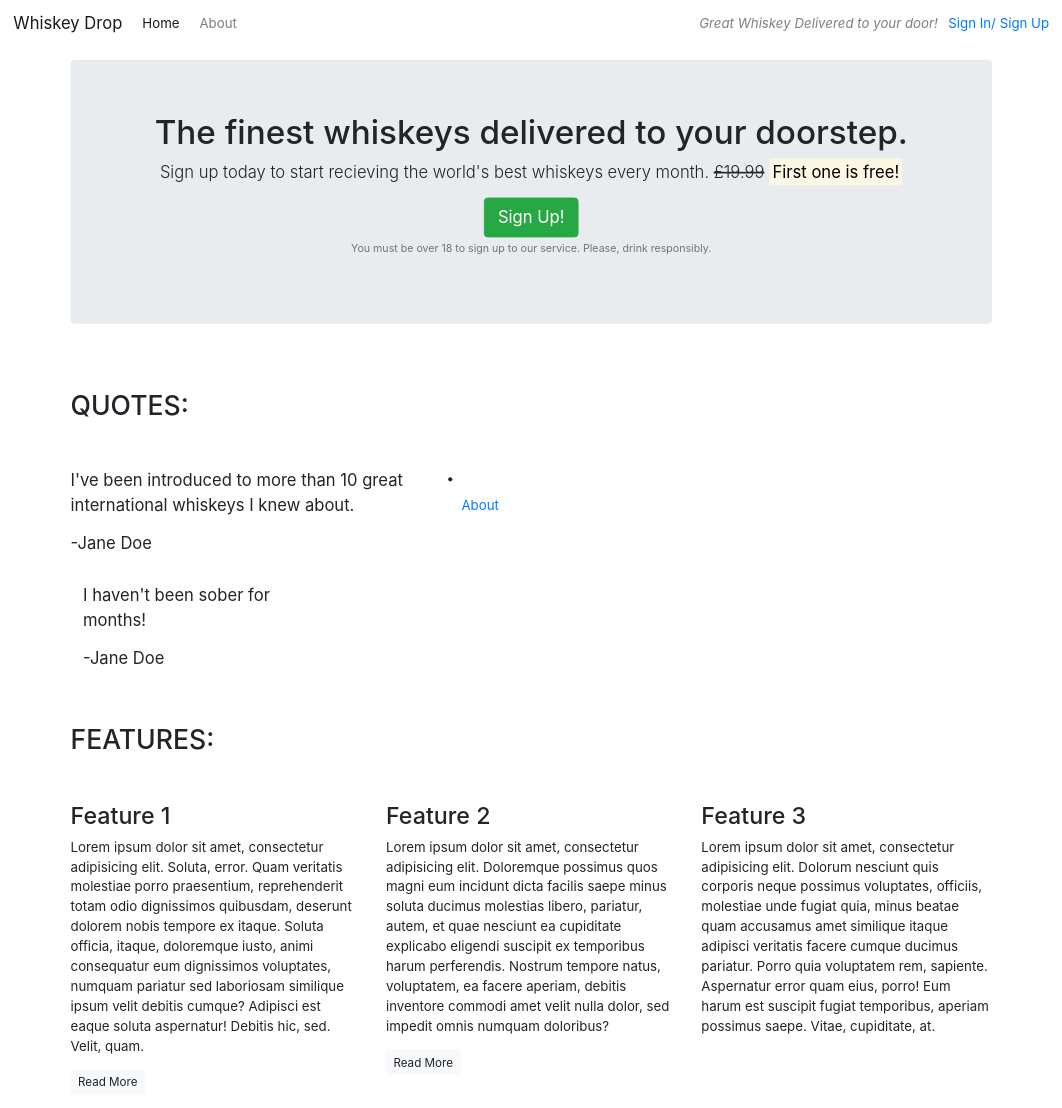
Repository: Leannald13/whiskey-project
Page: index.html
The author's editor kept a record of every edit. The page is drawn from the files as they stood at one moment, then again after the next edit.
The browser window is 1280 px wide. The pictures show the whole page, at 83% of full size.

Above is the page before.
Console error: TypeError: Cannot read properties of undefined (reading 'fn')

After the next edit:
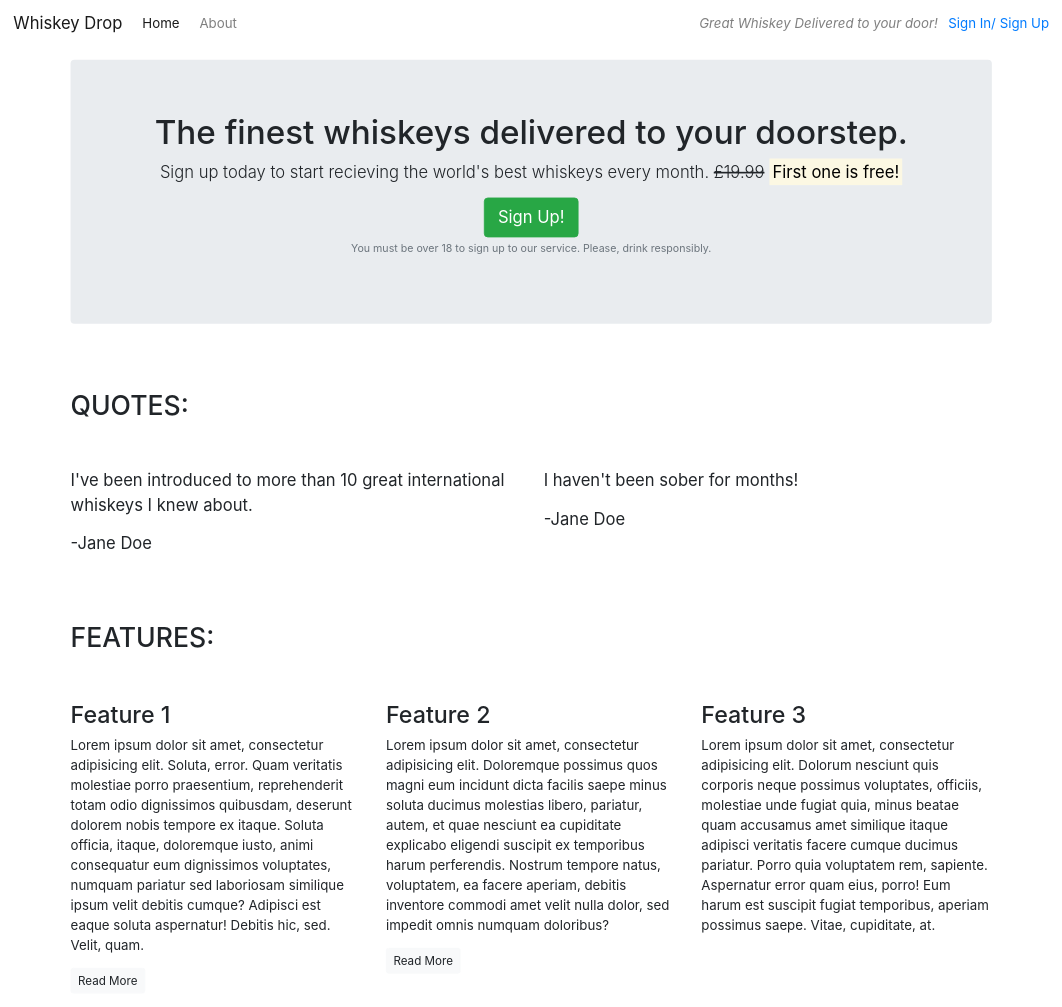
The edit:
--- a/index.html
+++ b/index.html
@@ -50,7 +50,7 @@
                         <p>I've been introduced to more than 10 great international whiskeys I knew about.</p>
                         <p>-Jane Doe</p>
                     </blockquote>
-                    <li class="nav-item mr-2"><a class="nav-link" href="/about">About</a></li>
+                    </div>
                 </div>
                 <div class="col-12 col-md-6">
                     <blockquote class="blockquote">
